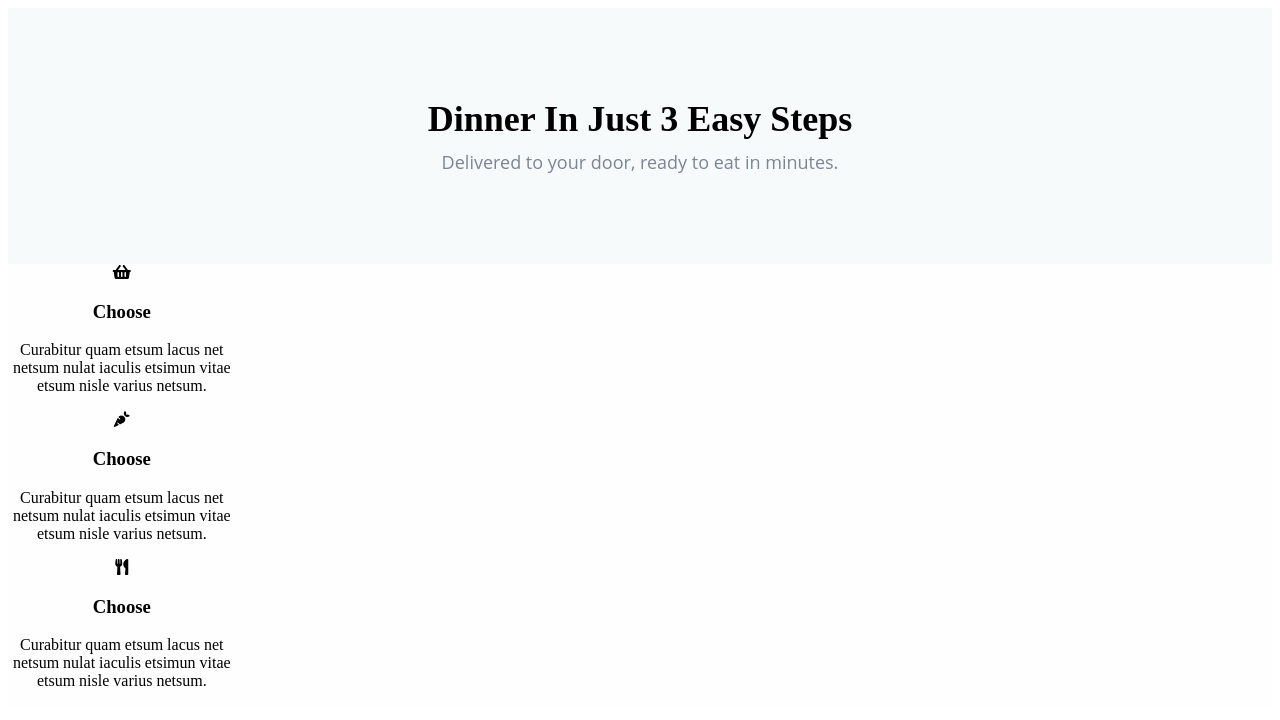
Repository: ST-United-Internship/leadpage
Page: wrapper-UI.html
An editor plug-in stored every save of this project. The page is shown before and after the next save, followed by the edit.
The browser window is 1280 px wide. The pictures show the whole page.

Above is the page before, as saved 2023-03-15 13:33:04.

### wrapper-UI.html
<!DOCTYPE html>
<html lang="en">
<head>
    <meta charset="UTF-8">
    <meta http-equiv="X-UA-Compatible" content="IE=edge">
    <meta name="viewport" content="width=device-width, initial-scale=1.0">
    <title>Document</title>
    <link rel="stylesheet" href="css/wrapper-UI.css">
    <link rel="stylesheet" href="css/common.css">
    <link rel="stylesheet" href="https://use.fontawesome.com/releases/v5.15.4/css/all.css" integrity="sha384-DyZ88mC6Up2uqS4h/KRgHuoeGwBcD4Ng9SiP4dIRy0EXTlnuz47vAwmeGwVChigm" crossorigin="anonymous"/>
</head>
<body>
    <section>
        <div class="about">
            <div class="title-text">
                <h2>Dinner In Just 3 Easy Steps</h2>
                <p>Delivered to your door, ready to eat in minutes.</p>
            </div>
            <div class="card-coutainer">
                <div class="card-title">
                    <div class="card-wrapper">
                        <i class="fas fa-shopping-basket"></i>
                        <h3>Choose</h3>
                        <p>Curabitur quam etsum lacus net netsum nulat iaculis etsimun vitae etsum nisle varius netsum.</p>
                    </div>
                    <div class="card-wrapper">
                        <i class="fas fa-carrot"></i>
                        <h3>Choose</h3>
                        <p>Curabitur quam etsum lacus net netsum nulat iaculis etsimun vitae etsum nisle varius netsum.</p>
                    </div>
                    <div class="card-wrapper">
                        <i class="fas fa-utensils"></i>
                        <h3>Choose</h3>
                        <p>Curabitur quam etsum lacus net netsum nulat iaculis etsimun vitae etsum nisle varius netsum.</p>
                    </div>
                </div>
                <div></div>
                <div></div>
            </div>
        </div>
    </section>
</body>
</html>

### css/wrapper-UI.css
.about{
    background-color: #f7fafa;
}

.about .title-text{
    text-align: center;
    padding: 90px;
}

.about .title-text h2{
    font-size: 36px;
    margin: 0px 0px 10px 0px;
}

.about .title-text p{
    font-size: 18px;
    font-family: 'Open Sans', sans-serif;
    margin: 0;
    font-weight: 400;
    color: #7c8595;
}

.about .card-coutainer{
    display: flex;
    background-color: #fefefe;
}


.about .card-coutainer .card-title{
    text-align: center;
    width: 18%;
}
.card-wrapper{
    transition: transform 0.5s linear;
}
.card-wrapper:hover {
  border: 1px solid #27b36a;
  transform: scale(1.05, 1.05);
}

### css/common.css
.container {
  max-width: 80%;
  margin: auto;
  border: 1px solid blue;
}
.card {
  width: 400px;
}
.space-vertical {
  padding: 20px 0;
}

.space-horizontal {
  padding: 0 20px;
}

*,
**,
*::before,
*::after {
  box-sizing: border-box;
}

After the next save:
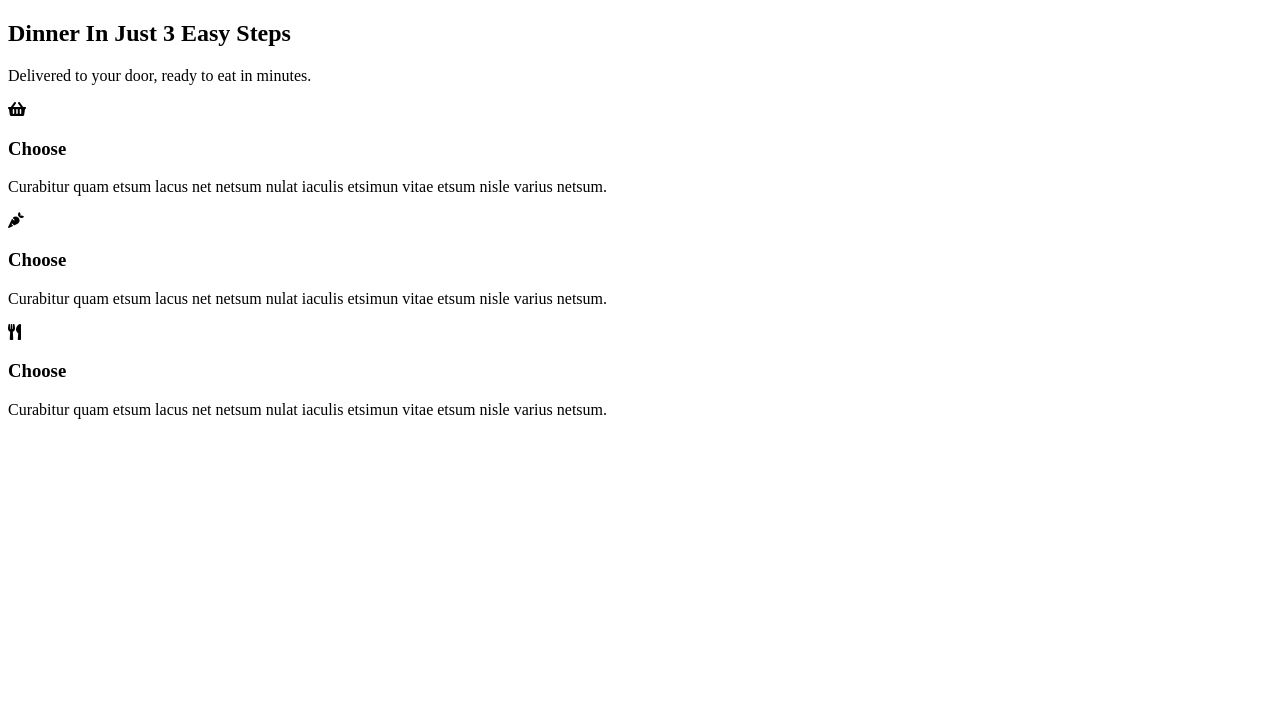
Saved 40 s later.
--- a/css/wrapper-UI.css
+++ b/css/wrapper-UI.css
@@ -1,4 +1,4 @@
-.about{
+/* .about{
     background-color: #f7fafa;
 }
 
@@ -36,4 +36,4 @@
 .card-wrapper:hover {
   border: 1px solid #27b36a;
   transform: scale(1.05, 1.05);
-}
+} */
